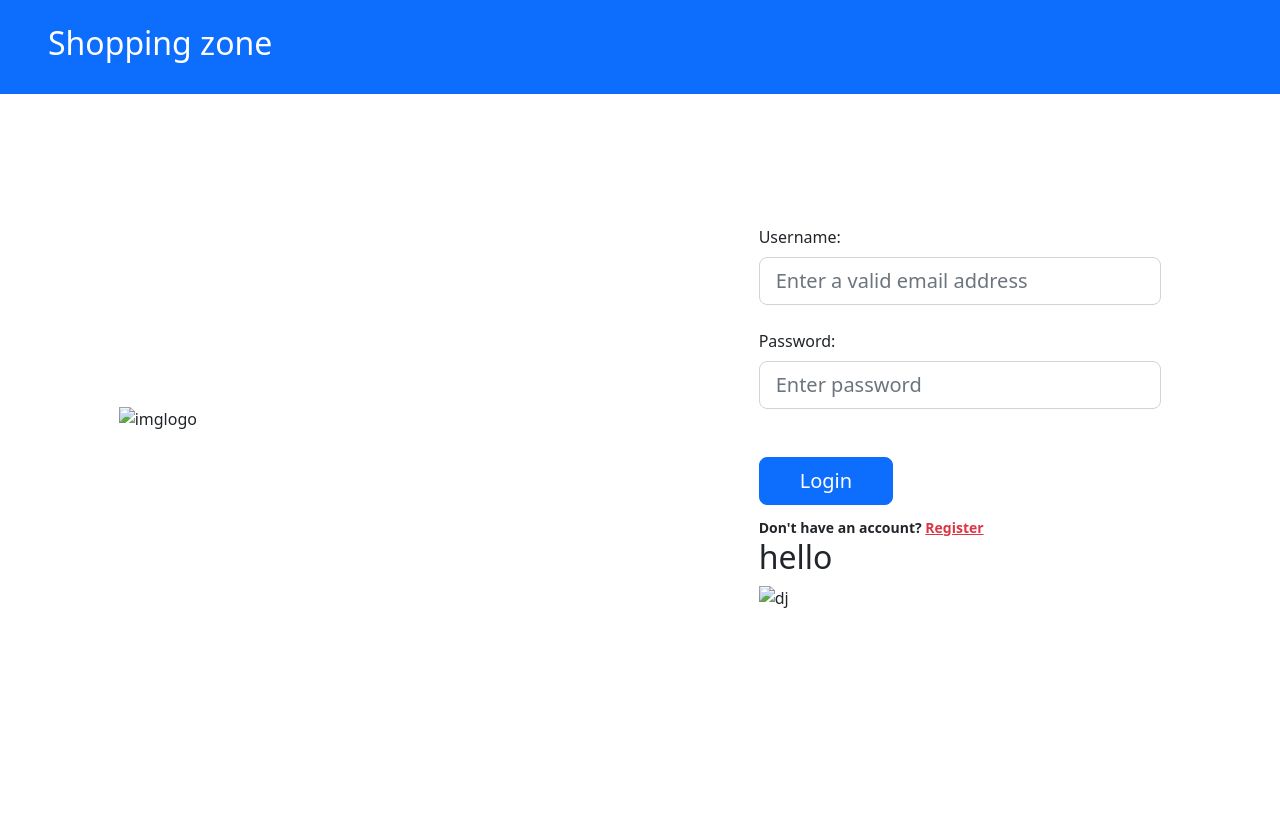
Repository: Rishicollinz/Java_Fullstack
Page: http://localhost/shopping/login.jsp
An editor plug-in stored every save of this project. The page is shown before and after the next save, followed by the edit.
The browser window is 1280 px wide. The pictures show the whole page.
The page is served by Tomcat 9. Other server files are loaded and not shown.

Above is the page before, as saved 2023-05-21 04:27:47.

### Eclipse 2/shopping/src/main/webapp/login.jsp
<%@ page language="java" contentType="text/html; charset=UTF-8"
    pageEncoding="UTF-8"%>
    <%@ taglib prefix="c" uri="http://java.sun.com/jsp/jstl/core" %>
<!DOCTYPE html>
<html>
<head>
<meta charset="UTF-8">
<title>Login page</title>

<meta charset="utf-8">
  <meta name="viewport" content="width=device-width, initial-scale=1">
  <link href="https://cdn.jsdelivr.net/npm/bootstrap@5.2.3/dist/css/bootstrap.min.css" rel="stylesheet">
  <script src="https://cdn.jsdelivr.net/npm/bootstrap@5.2.3/dist/js/bootstrap.bundle.min.js"></script>
<style>
.divider:after,
.divider:before {
content: "";
flex: 1;
height: 1px;
background: #eee;
}
.h-custom {
height: calc(100% - 73px);
}
@media (max-width: 450px) {
.h-custom {
height: 100%;
}
}
</style>
</head>

<body>
<div
    class="d-flex flex-column flex-md-row text-center text-md-start justify-content-between py-4 px-4 px-xl-5 bg-primary">
<h2 style="color: white">Shopping zone</h2>
</div>
<section class="vh-100">
  <div class="container-fluid h-custom">
    <div class="row d-flex justify-content-center align-items-center h-100">
      <div class="col-md-9 col-lg-6 col-xl-5">
		  <img id="image-1" alt="imglogo" src="img/szlogo.png"/>
      </div>
      <div class="col-md-8 col-lg-6 col-xl-4 offset-xl-1">
        <form action="login" method="post">


          <!-- Username input -->
          <div class="form-outline mb-4">
          	<label class="form-label" for="form3Example3">Username:</label>
            <input type="text" id="form3Example3" class="form-control form-control-lg"
              placeholder="Enter a valid email address" name="username"/>
          </div>

          <!-- Password input -->
          <div class="form-outline mb-3">
          	<label class="form-label" for="form3Example4">Password:</label>
            <input type="password" id="form3Example4" class="form-control form-control-lg"
              placeholder="Enter password" name="password" />
          </div>

          <div class="d-flex justify-content-between align-items-center">

          </div>

          <div class="text-center text-lg-start mt-4 pt-2">
            <button type="submit" class="btn btn-primary btn-lg"
              style="padding-left: 2.5rem; padding-right: 2.5rem;">Login</button>
            <p class="small fw-bold mt-2 pt-1 mb-0">Don't have an account? <a href="#!"
                class="link-danger">Register</a></p>
          </div>
          <div>
          <h2>hello</h2>
          <img src="szlogo.png" alt="dj"></div>

        </form>
      </div>
    </div>
  </div>
</section>

</body>
</html>

### Eclipse 2/shopping/src/main/java/login/LoginUserServlet.java
package login;

import java.io.IOException;
import java.sql.SQLException;

import javax.servlet.RequestDispatcher;
import javax.servlet.ServletException;
import javax.servlet.annotation.WebServlet;
import javax.servlet.http.HttpServlet;
import javax.servlet.http.HttpServletRequest;
import javax.servlet.http.HttpServletResponse;

/**
 * Servlet implementation class LoginUserServlet
 */
@WebServlet("/")
public class LoginUserServlet extends HttpServlet {
	private static final long serialVersionUID = 1L;
	private LoginUserDao loginUserDao;

    /**
     * Default constructor.
     */
    public LoginUserServlet() {
        // TODO Auto-generated constructor stub
    	this.loginUserDao=new LoginUserDao();
    }

	/**
	 * @see HttpServlet#doGet(HttpServletRequest request, HttpServletResponse response)
	 */
	protected void doGet(HttpServletRequest request, HttpServletResponse response) throws ServletException, IOException {
		// TODO Auto-generated method stub
		String action=request.getServletPath();
		try{
			switch(action) {
				case "/login":
					loginCheck(request,response);
					break;
			}
		}catch(Exception e) {
			throw new ServletException(e);
		}
	}

	private void loginCheck(HttpServletRequest request, HttpServletResponse response) throws ServletException,SQLException, IOException {
		// TODO Auto-generated method stub

		String username=request.getParameter("username");
		String password=request.getParameter("password");
		Boolean verify=loginUserDao.loginVerify(username, password);
		if(verify==false) {
			response.sendRedirect("login.jsp");
		}if(verify==true) {
			response.sendRedirect("register.jsp");
		}

	}

	/**
	 * @see HttpServlet#doPost(HttpServletRequest request, HttpServletResponse response)
	 */
	protected void doPost(HttpServletRequest request, HttpServletResponse response) throws ServletException, IOException {
		// TODO Auto-generated method stub
		doGet(request, response);
	}

}

After the next save:
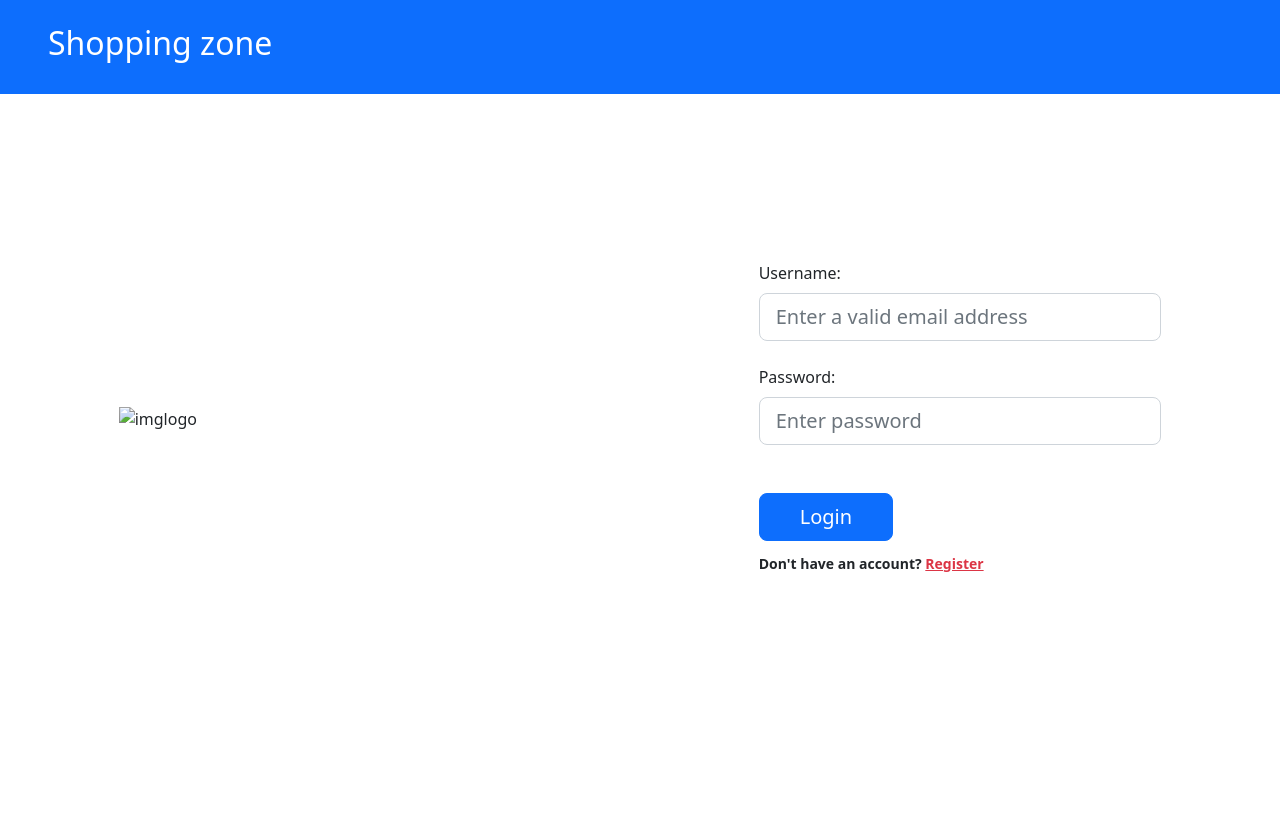
Saved 106 s later.
--- a/Eclipse 2/shopping/src/main/webapp/login.jsp
+++ b/Eclipse 2/shopping/src/main/webapp/login.jsp
@@ -69,9 +69,6 @@ height: 100%;
             <p class="small fw-bold mt-2 pt-1 mb-0">Don't have an account? <a href="#!"
                 class="link-danger">Register</a></p>
           </div>
-          <div>
-          <h2>hello</h2>
-          <img src="szlogo.png" alt="dj"></div>
 
         </form>
       </div>
